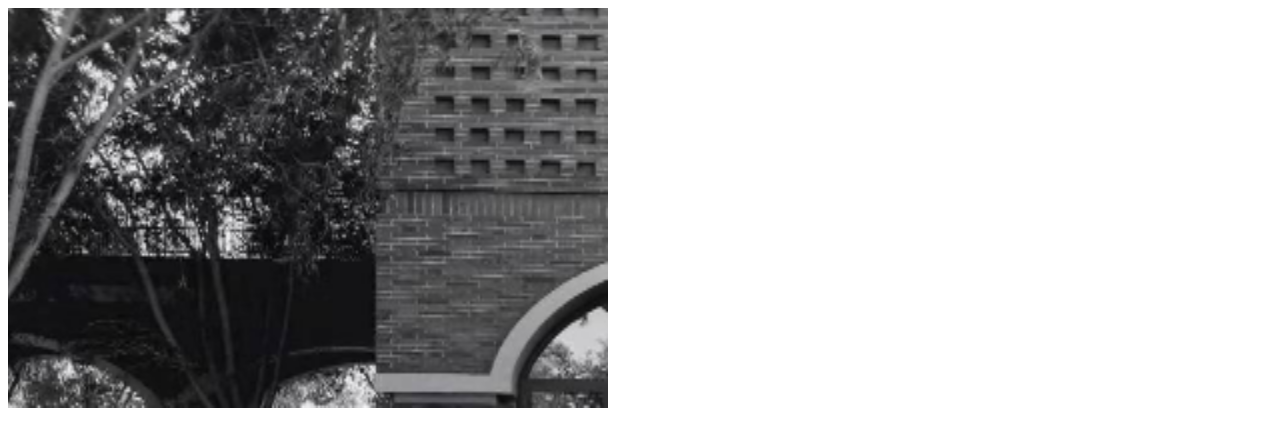
Repository: nishuiwei/nishuiwei.github.io
Page: demo_01.html
An editor plug-in stored every save of this project. The page is shown before and after the next save, followed by the edit.
The browser window is 1280 px wide. The pictures show the whole page.

Above is the page before, as saved 2019-12-19 09:54:53.

### demo_01.html
<!DOCTYPE html>
<html lang="en">

<head>
  <meta charset="UTF-8">
  <meta name="viewport" content="width=device-width, initial-scale=1.0">
  <meta http-equiv="X-UA-Compatible" content="ie=edge">
  <meta name="卫慧杰" content="w920098695@sina.cn" />
  <meta name="keywords" content="your tags" />
  <meta name="description" content="your description" />
  <meta http-equiv="X-UA-Compatible" content="ie=edge">
  <meta name="COPYRIGHT" content="卫慧杰">
  <title>Document</title>
  <style>
    #canvas {
      background: rgba(0, 0, 0, .8);
      /* width: 100%; */
      width: 600px;
      height: 400px;
    }
  </style>
</head>

<body>
  <canvas id="canvas"></canvas>
  <script src="./demo_01.js"></script>
</body>

</html>

### demo_01.js
const canvas = document.getElementById('canvas');
const ctx = canvas.getContext('2d');

var img = new Image();
img.onload = function() {
  ctx.drawImage(img, 0, 0, 600, 400)
}
img.src = './bg1.jpg';

After the next save:
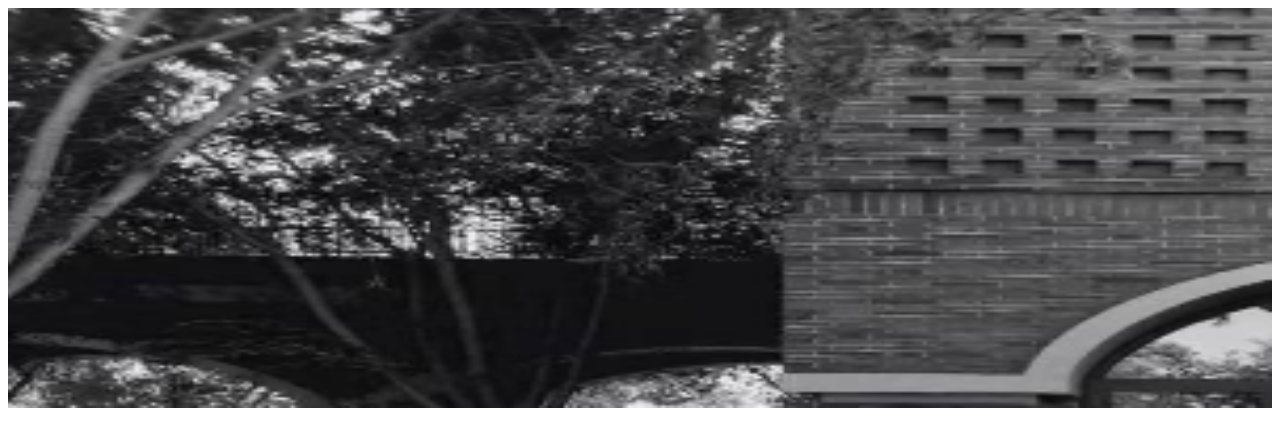
Saved 19 s later.
--- a/demo_01.html
+++ b/demo_01.html
@@ -15,7 +15,7 @@
     #canvas {
       background: rgba(0, 0, 0, .8);
       /* width: 100%; */
-      width: 600px;
+      width: 100%;
       height: 400px;
     }
   </style>
